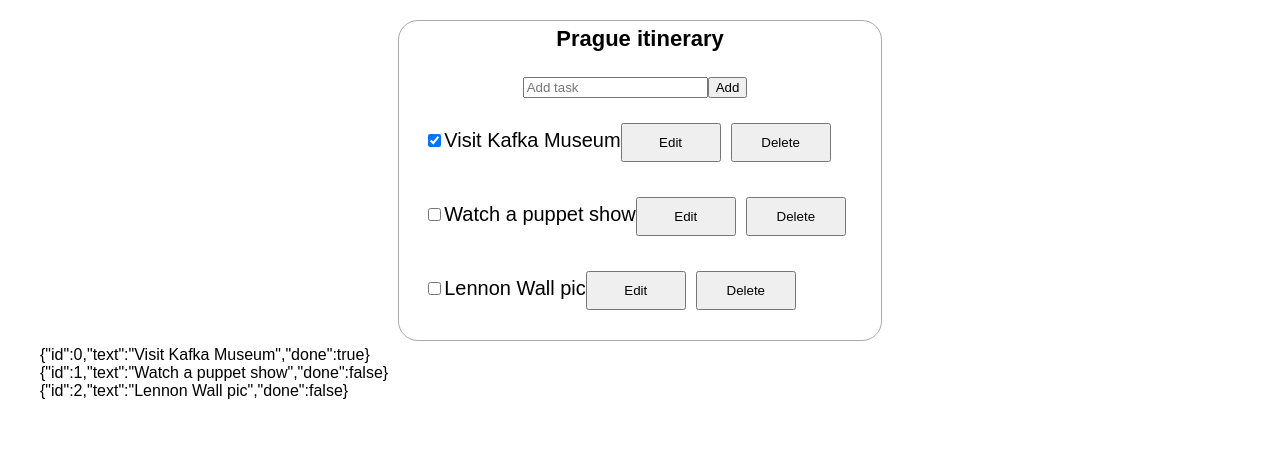
Repository: trider/my-react-app
Page: /
An editor plug-in stored every save of this project. The page is shown before and after the next save, followed by the edit.
The browser window is 1280 px wide. The pictures show the whole page.
The project was rebuilt for these pictures with package versions that can differ from the ones it lists, and the page was loaded fresh each time. Also part of the build but not shown: src/components/basic/Gallery.js, src/components/basic/Profile.js, src/components/utils.js, src/components/basic/Avatar.js, src/components/basic/GridX.js, src/components/time/Clock.js, src/components/time/Time.js, src/components/basic/ListT.js and 54 more. Imported but missing from the stored project, and not drawn on this page: src/components/stateManagement/Accoridion.

Above is the page before, as saved 2024-04-25 11:02:19.

After the next save:
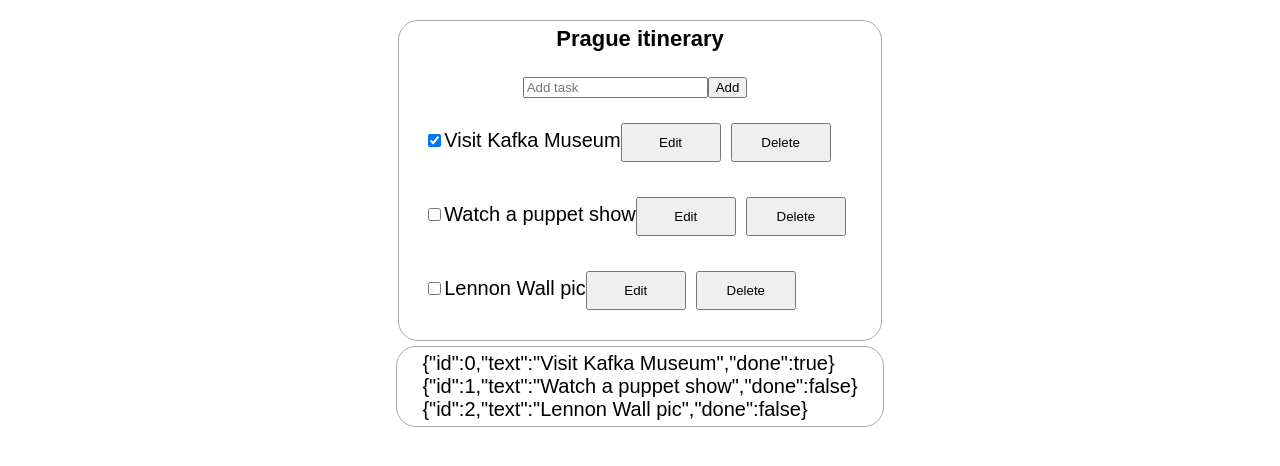
Saved 20 s later.
--- a/src/components/stateManagement/Reducers/TaskApp.js
+++ b/src/components/stateManagement/Reducers/TaskApp.js
@@ -43,16 +43,21 @@
   return (
     <>
       <Card>
-      <h1>Prague itinerary</h1>
-      <AddTask onAddTask={handleAddTask} />
-      <TaskList
-        tasks={tasks}
-        onChangeTask={handleChangeTask}
-        onDeleteTask={handleDeleteTask}
-      />
+       <h1>Prague itinerary</h1>
+       <AddTask onAddTask={handleAddTask} />
+       <TaskList
+         tasks={tasks}
+         onChangeTask={handleChangeTask}
+         onDeleteTask={handleDeleteTask}
+       />
+      </Card>
+      <Card>
+      {list(tasks)}
+
+
       </Card>
 
-      {list(tasks)}
+
     </>
   );
 }
